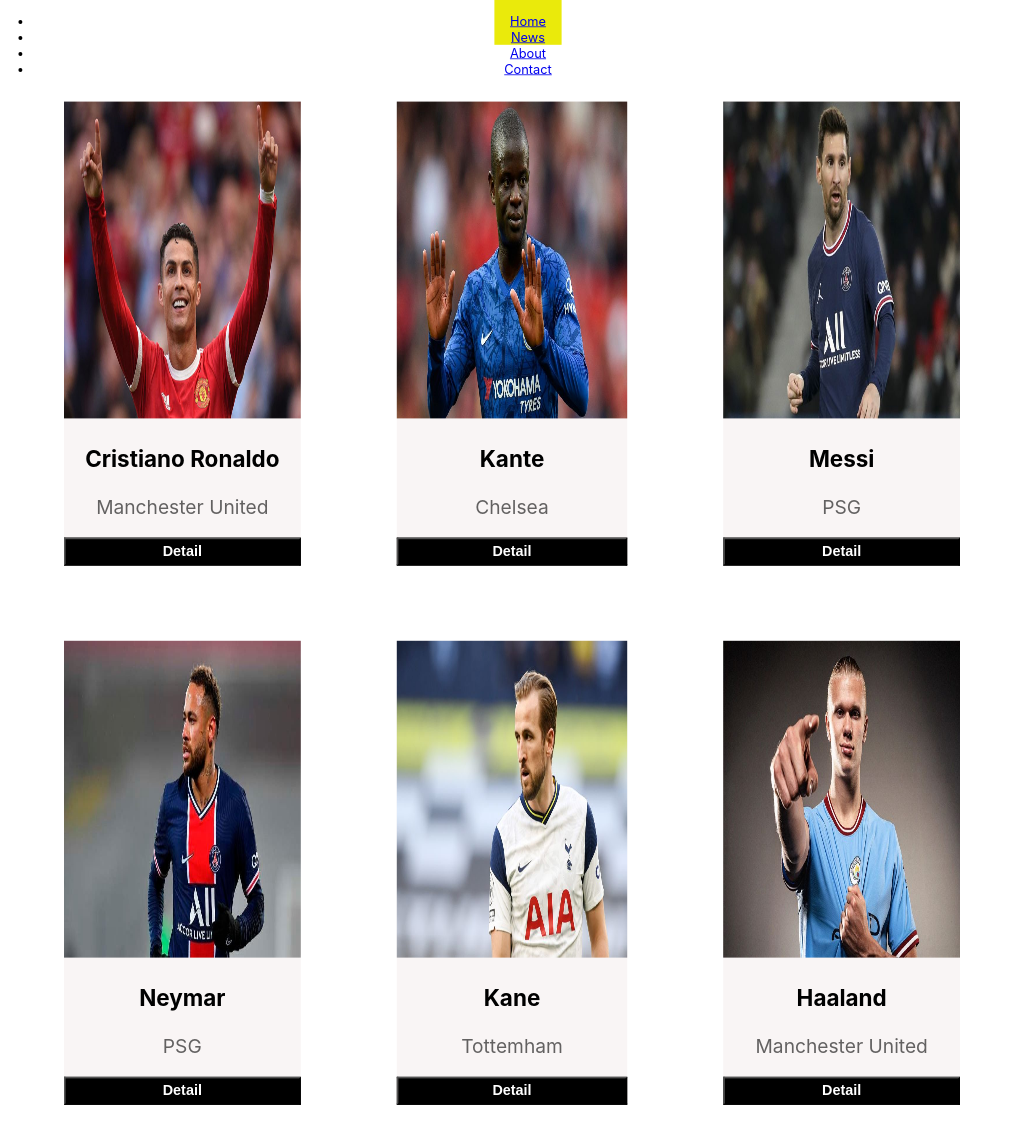
Repository: hoangdanh2/FER
Page: /
These files come from the project's save history. The page is drawn as it stood at one moment and after the next save; the edit follows.
The browser window is 1280 px wide. The pictures show the whole page, at 80% of full size.
The project was rebuilt for these pictures with package versions that can differ from the ones it lists, and the page was loaded fresh each time.

Above is the page before, as saved 2023-06-05 14:09:46.

After the next save:
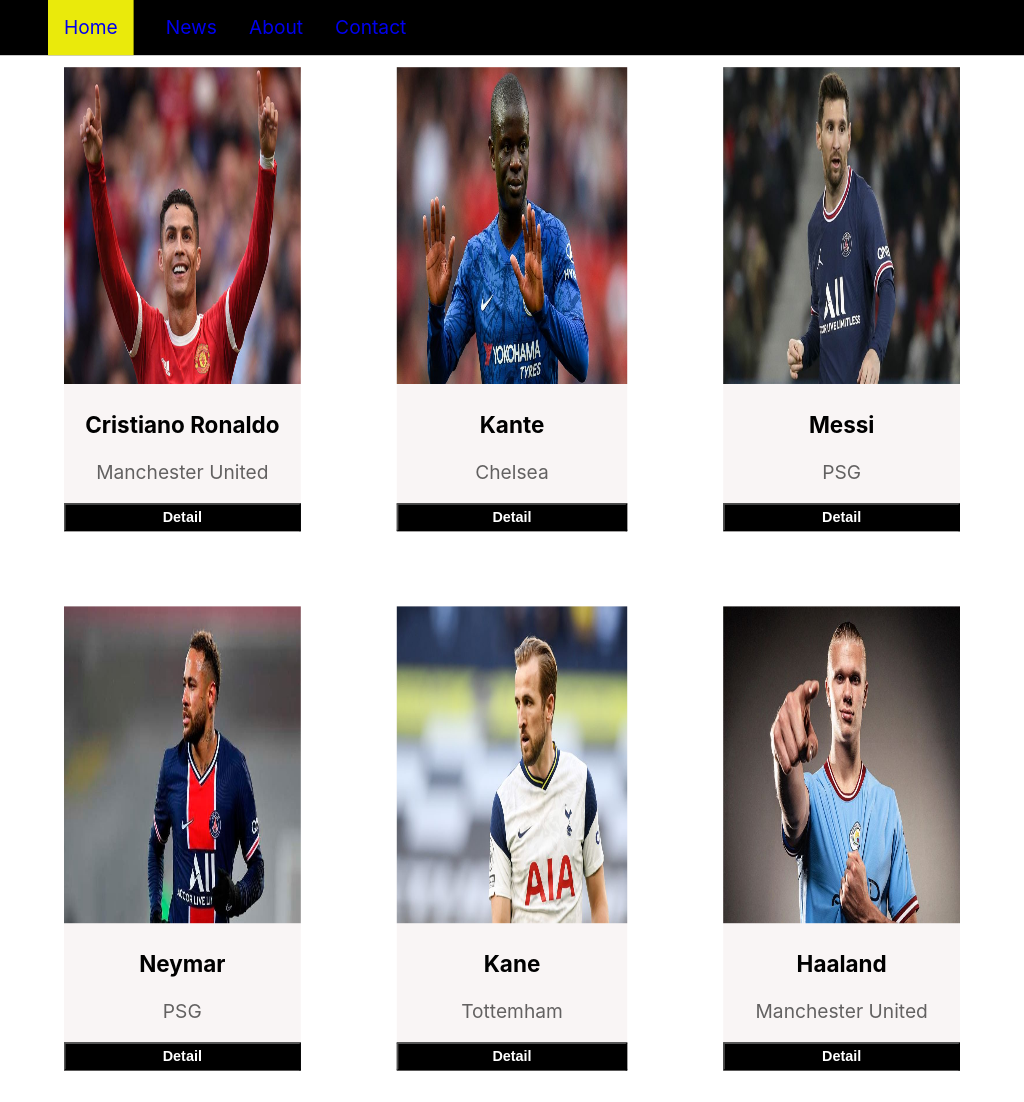
Saved 85 s later.
--- a/src/components/Navigation.js
+++ b/src/components/Navigation.js
@@ -2,9 +2,9 @@
 export default class Navigation extends Component {
     render() {
         return (
-            <div>
+            <div className="nav">
                 <nav>
-                    <ul>
+                    <ul className="nav-bar">
                         <li><a className="active" href="#home">Home</a></li>
                         <li><a href="#news">News</a></li>
                         <li><a href="#about">About</a></li>
